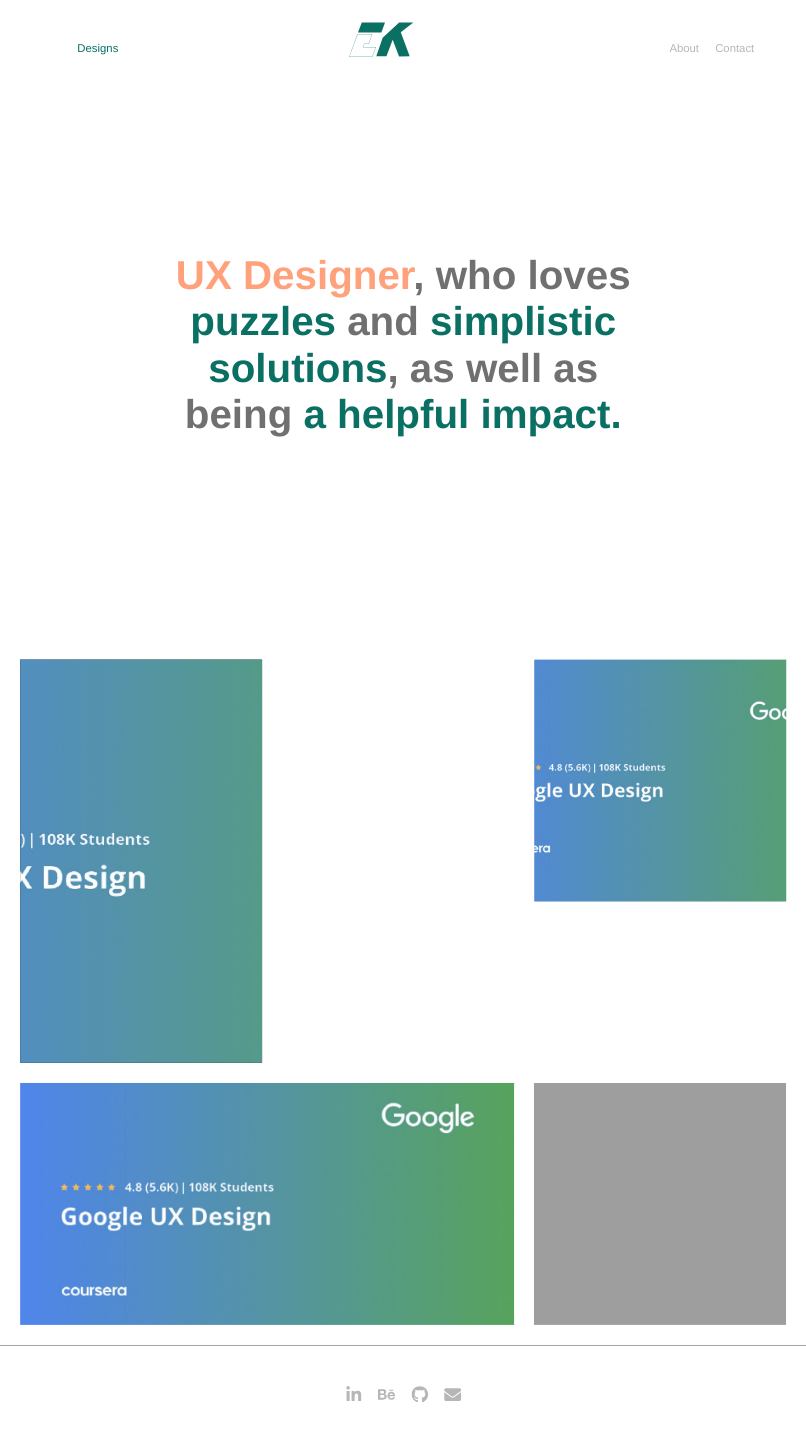
Repository: Kudom-E/Kudom-E.github.io
Page: /#/designs
These files come from the project's save history. The page is drawn as it stood at one moment and after the next save; the edit follows.
The browser window is 1280 px wide. The pictures show the whole page, at 63% of full size.
Pictures or frames that could not be fetched are drawn as grey boxes. The project was rebuilt for these pictures with package versions that can differ from the ones it lists, and the page was loaded fresh each time. Also part of the build but not shown: next.config.js, src/Pages/Splash/Splash.js, src/Pages/About/About.js, src/Pages/Contact/Contact.js, src/Pages/Project/Project.js, src/App.css.

Above is the page before, as saved 2022-03-31 22:02:01.

### public/index.html
<!DOCTYPE html>
<html lang="en">
  <head>
    <meta charset="utf-8" />
    <link rel="icon" href="%PUBLIC_URL%/favicon.ico" />
    <meta name="viewport" content="width=device-width, initial-scale=1" />
    <meta name="theme-color" content="#000000" />
    <meta
      name="description"
      content="Web site created using create-react-app"
    />
    <link rel="apple-touch-icon" href="%PUBLIC_URL%/logo192.png" />
    <!--
      manifest.json provides metadata used when your web app is installed on a
      user's mobile device or desktop. See https://developers.google.com/web/fundamentals/web-app-manifest/
    -->
    <link rel="manifest" href="%PUBLIC_URL%/manifest.json" />
    <!--
      Notice the use of %PUBLIC_URL% in the tags above.
      It will be replaced with the URL of the `public` folder during the build.
      Only files inside the `public` folder can be referenced from the HTML.

      Unlike "/favicon.ico" or "favicon.ico", "%PUBLIC_URL%/favicon.ico" will
      work correctly both with client-side routing and a non-root public URL.
      Learn how to configure a non-root public URL by running `npm run build`.
    -->
    <title>React App</title>
    <script type="text/javascript">
      // Single Page Apps for GitHub Pages
      // MIT License
      // https://github.com/rafgraph/spa-github-pages
      // This script checks to see if a redirect is present in the query string,
      // converts it back into the correct url and adds it to the
      // browser's history using window.history.replaceState(...),
      // which won't cause the browser to attempt to load the new url.
      // When the single page app is loaded further down in this file,
      // the correct url will be waiting in the browser's history for
      // the single page app to route accordingly.
      (function(l) {
        if (l.search[1] === '/' ) {
          var decoded = l.search.slice(1).split('&').map(function(s) {
            return s.replace(/~and~/g, '&')
          }).join('?');
          window.history.replaceState(null, null,
              l.pathname.slice(0, -1) + decoded + l.hash
          );
        }
      }(window.location))
    </script>
  </head>
  <body>
    <noscript>You need to enable JavaScript to run this app.</noscript>
    <div id="root"></div>
    <!--
      This HTML file is a template.
      If you open it directly in the browser, you will see an empty page.

      You can add webfonts, meta tags, or analytics to this file.
      The build step will place the bundled scripts into the <body> tag.

      To begin the development, run `npm start` or `yarn start`.
      To create a production bundle, use `npm run build` or `yarn build`.
    -->
  </body>
</html>

### src/index.css
body {
  margin: 0;
  font-family: 'Franklin Gothic Medium', 'Arial Narrow', Arial, sans-serif;
  -webkit-font-smoothing: antialiased;
  -moz-osx-font-smoothing: grayscale;
}

code {
  font-family: source-code-pro, Menlo, Monaco, Consolas, 'Courier New',
    monospace;
}

:root {
  --primary-color: #0A7064;
  --secondary-color: #FFA17A;
  --accent-color: #707070;
  --dark: #000000;
  --bright: #ffffff;
}

h1, h3, h4, a, p {
  color: var(--accent-color);
}

.details h1 {
  font-size: 5rem;
  color: var(--bright);
}

h1 {
  font-size: 4rem;
}

a {
  font-size: 1.125rem;
  opacity: 0.5;
  text-decoration: none;
  margin: 0 1vw;
}


ul a:hover {
  color: var(--primary-color);
  opacity: 1;
}

h2 {
  font-size: 2rem;
  color: var(--accent-color)
}

h3 {
  font-size: 1.375rem;
  margin: 0 1vw;
}

p {
  font-size: 1rem;
  margin: 0;
}

### src/App.js
import { BrowserRouter as Router, Route, HashRouter} from 'react-router-dom';
import { Routes } from "./Routes";
import './App.css';

function App() {
  return (
    <HashRouter>
    <div>
      {Routes.map((route, index) => {
        return (
          <Route
            key={index}
            path={route.path}
            exact={route.exact}
            component={ (props => {
              return (
                <route.layout {...props} splash={route.splash}>
                  <route.component {...props}/>
                </route.layout>
              );
            })}
          />
        );
      })}
    </div>
  </HashRouter>
  );
}

export default App;

### src/Routes.js
import Layout from "./Layout/Layout";
import Home from "./Pages/Home/Home";
import Splash from "./Pages/Splash/Splash";
import About from "./Pages/About/About"
import Contact from "./Pages/Contact/Contact"
import Project from "./Pages/Project/Project";

export const Routes = [
    {
        path: "/",
        exact: true,
        layout: Layout,
        component: Splash,
        splash: true
    },
    {
        path: "/designs",
        exact: true,
        layout: Layout,
        component: Home
    },
    {
        path: "/about",
        layout: Layout,
        component: About
    },
    {
        path: "/contact",
        layout: Layout,
        component: Contact
    },
    {
        path: "/trailer-browsing-project",
        layout: Layout,
        component: Project
    }
]

### src/Layout/Layout.js
import React from 'react'
import Footer from './Footer';
import Header from './Header'


const Layout = (props) => (
    <div style={{height: "100vh"}}>
        {!props.splash && <Header/>}
        {props.children}
        {!props.splash && <Footer/>}
    </div>
);
export default Layout;

### src/Pages/Home/Home.js
import React, { Component } from 'react'

class Home extends Component {
  render() {
    return (
      <div className='home'>
          <h1>
              <strong>UX Designer</strong>, who loves <b>puzzles </b>
                and <b> simplistic solutions</b>, as well as being
                <b> a helpful impact.</b>
            </h1>
            <div className='grid-container'>
                <a href="/#/trailer-browsing-project" className=' coursera'>
                  <div className='grid-item'/>
                </a>
                <div className='grid-item coursera'/>
                <div className='grid-item coursera'/>
                <div className='grid-item kace'/>
            </div>
      </div>
    )
  }
}
export default Home;

### src/Layout/Footer.js
import React from 'react'
import * as IconF from 'react-icons/fa'

function Footer() {
  return (
    <footer>
        <div>
            <a href='https://www.linkedin.com/in/emmanuel-kudom-agyemang-b93a4117a/'><IconF.FaLinkedinIn className='f-icon'/></a>
            <a href='https://www.behance.net/emmanuelk1'><IconF.FaBehance className='f-icon'/></a>
            <a href='https://github.com/Kudom-E'><IconF.FaGithub className='f-icon'/></a>
            <a href='mailto:emmanuekudomagyemang@gmail.com'><IconF.FaEnvelope className='f-icon'/></a>
        </div>
    </footer>
  )
}

export default Footer

### src/Layout/Header.js
import React from 'react'
import "./Layout.css"
import Logo from '../Logo.svg'
import { NavLink, withRouter } from 'react-router-dom'


function Header() {
  return (
    <header>
        <nav>
            <ul>
                <NavLink to="/designs" activeStyle={{color: "#0A7064", opacity: "1"}}>Designs</NavLink>
            </ul>
        </nav>
        <div className='logo-container'>
            <a href="/">
                <img className="logo" src={Logo} alt="logo"/>
            </a>
        </div>
        <nav>
            <ul>
                <NavLink to='/about' activeStyle={{color: "#0A7064", opacity: "1"}}>About</NavLink>
                <NavLink to='/contact' activeStyle={{color: "#0A7064", opacity: "1"}}>Contact</NavLink>
            </ul>
        </nav>
    </header>
  )
}

export default withRouter(Header);

### src/Pages/Pages.css
.splash {
    background-image: url("../Images/pexels-cottonbro-4069291.jpg");
    filter: blur(10px);
    height: 100%;
    background-position: center;
    background-size: cover;
    position: relative;
}
.cover {
    background: var(--accent-color);
    opacity: 0.4;
    position: absolute;
    top: 0;
    left: 0;
    height: 100%;
    width: 100%;
}
.details {
    position: absolute;
    z-index: 1000;
    width: 100%;
    text-align: center;
    top: 30vh;
}

.links {
    margin: 4rem;
    display: flex;
    justify-content: center;
}

.links a {
color: var(--primary-color);
}
.links p {
    color: var(--primary-color);
    margin-top: -5px;
}
strong {
    color: var(--secondary-color);
}
b {
    color: var(--primary-color);
}

.home h1, .project h1 {
    text-align: center;
    padding: 4em 4em 0;
}
.project h1 {
    padding: 2em 4em 0;
    margin-bottom: 0;
}


.intro {
    text-align: center;
    padding: 6em 6em 0
}
.sub-intro {
    text-align: center;
    padding: 2em 0 0;
}
.sub {
    opacity: 0.5;
    text-align: center;
    margin: 1em 0 0 0;
}

.goals {
    background-color: var(--accent-color);
    padding: 5em;
    justify-content: center;
    flex-direction: row;
}
.goals div {
    margin: 0 5vw;
}
.goals p {
    color: var(--bright);
    width: 30vw;
}
.goals h2 {
    color: var(--bright);
}

.grid-container {
    display: grid;
    grid-template-columns: auto auto;
    margin: 20em 0 0 0;
    padding: 2em;
    gap: 2em;
}
.grid-container a {
    margin: 0;
    opacity: 1;
    background-color: var(--dark);
    height: 50vw;
    width: 30vw;

}

.grid-item {
    text-align: center;
    width: 100%;
    height: 30vw;
}
.coursera {
    background-image: url("../Images/coursera.png");
    background-size: cover;
    background-position: center;
    background-repeat: no-repeat;
}

.kace {
    background-image: url("../Images/kace.jpg");
    background-size: cover;
    background-position: center;
    background-repeat: no-repeat;
}
section {
    margin: 5rem 0  0 0;
    display: flex;
    flex-direction: column;
    align-items: center;
}
.top {
    margin: 0;
}

section h3 {
    margin: 3rem 0 0 0;
}
section .mid {
    width: 60vw;
}

.goal-card, .problem-card {
    padding: 4rem;
    text-align: center;
}
.goal-card {
    background-color: var(--secondary-color);
}

.goal-card h2, .problem-card h2 {
    color: var(--bright);
}
.card {
    margin: 2rem 0 2rem 0;
}
.problem-card {
    background-color: var(--primary-color);
    width: 65vw;
}
.idea-card {
    display: flex;
}
.finish {
    margin: 6rem 0 0 0;
}
.display {
    background-color: #F5F5F5;
    height: 40vw;
}
.finish-line {
    background-image: url("../Images//finish.jpg");
    background-size: cover;
    background-position: center;
    background-repeat: no-repeat;
    height: 30vw;
    width: 100%;
    display: flex;
    justify-content: center;
    align-items: center;
}
.dark-cover {
    background: var(--dark);
    opacity: 0.8;
    height: 100%;
    width: 100%;
}
.display {
    display: flex;
    justify-content: center;
    padding: 4rem 0;
    width: 100%;
}
section a {
    width: 100%;
}
.map-card {
    margin-bottom: -4rem;
}
.finish-text {
    position: absolute;
    text-align: center;
    width: 100%;
}
.finish-text h2, .finish-text p {
    color: var(--bright);
}

### src/Layout/Layout.css
header {
    height: 50px;
    background-color: #ffffff;
    margin: 50px 0 0 0;
    padding: 0 70px;
    display: flex;
    justify-content: space-between;
}
.logo-container a {
    opacity: 1;
}

.logo {
    width: 8vw;
    height: 8vw;
    margin: -3vw 0 0 0;
  }
footer {
    border-top: .1rem solid var(--accent-color);
    display: flex;
    align-items: center;
    justify-content: center;
    padding: 4rem 5rem;
}
.f-icon {
    font-size: 1.5em;
}
footer a:hover {
    opacity: 1;
}

Loaded but not shown: src/index.js (common file); src/reportWebVitals.js (common file)

After the next save:
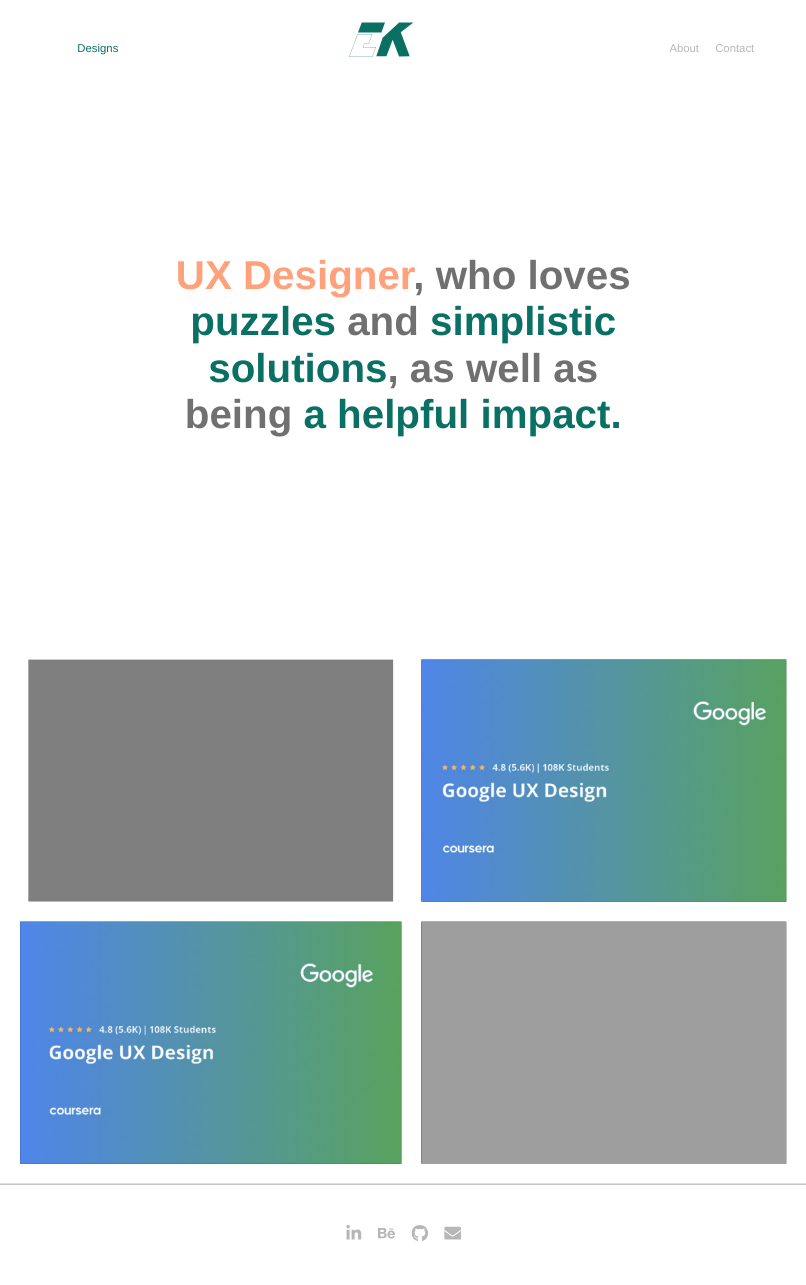
Saved 55 s later.
--- a/src/Pages/Pages.css
+++ b/src/Pages/Pages.css
@@ -91,19 +91,13 @@
     padding: 2em;
     gap: 2em;
 }
-.grid-container a {
-    margin: 0;
-    opacity: 1;
-    background-color: var(--dark);
-    height: 50vw;
-    width: 30vw;
-
-}
 
 .grid-item {
     text-align: center;
     width: 100%;
-    height: 30vw;
+    height: 30vw;    margin: 0;
+    opacity: 1;
+    background-color: var(--dark);
 }
 .coursera {
     background-image: url("../Images/coursera.png");
